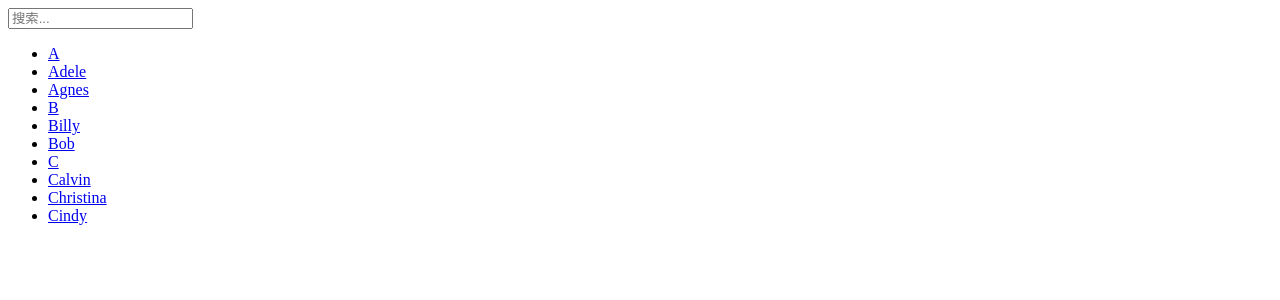
Repository: bigzheng11/selectWork
Page: 原生JS实现/原生JS实现.html
An editor plug-in stored every save of this project. The page is shown before and after a run of saves, followed by the edit.
The browser window is 1280 px wide. The pictures show the whole page.

Above is the page before, as saved 2022-10-25 09:16:40.

After the next 20 saves:
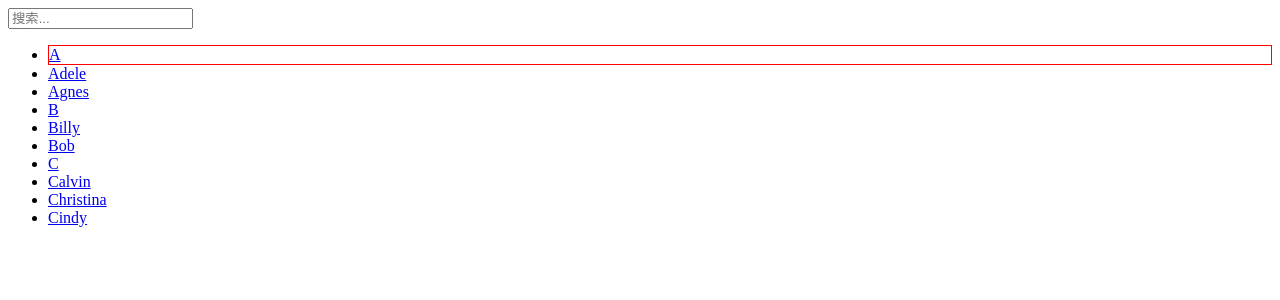
The 20 saves are shown as one change because they came seconds apart.
The last was saved 2 min 18 s later.
--- a/原生JS实现/原生JS实现.html
+++ b/原生JS实现/原生JS实现.html
@@ -16,7 +16,11 @@
         <!-- onkeyup键盘输入事件 -->
 
         <ul id="myUL">
-            <li><a href="#" class="header">A</a></li>
+            <li>
+                <div style="border: 1px solid red">
+                    <a href="#" class="header">A</a>
+                </div>
+            </li>
             <li><a href="#">Adele</a></li>
             <li><a href="#">Agnes</a></li>
             <li><a href="#" class="header">B</a></li>
